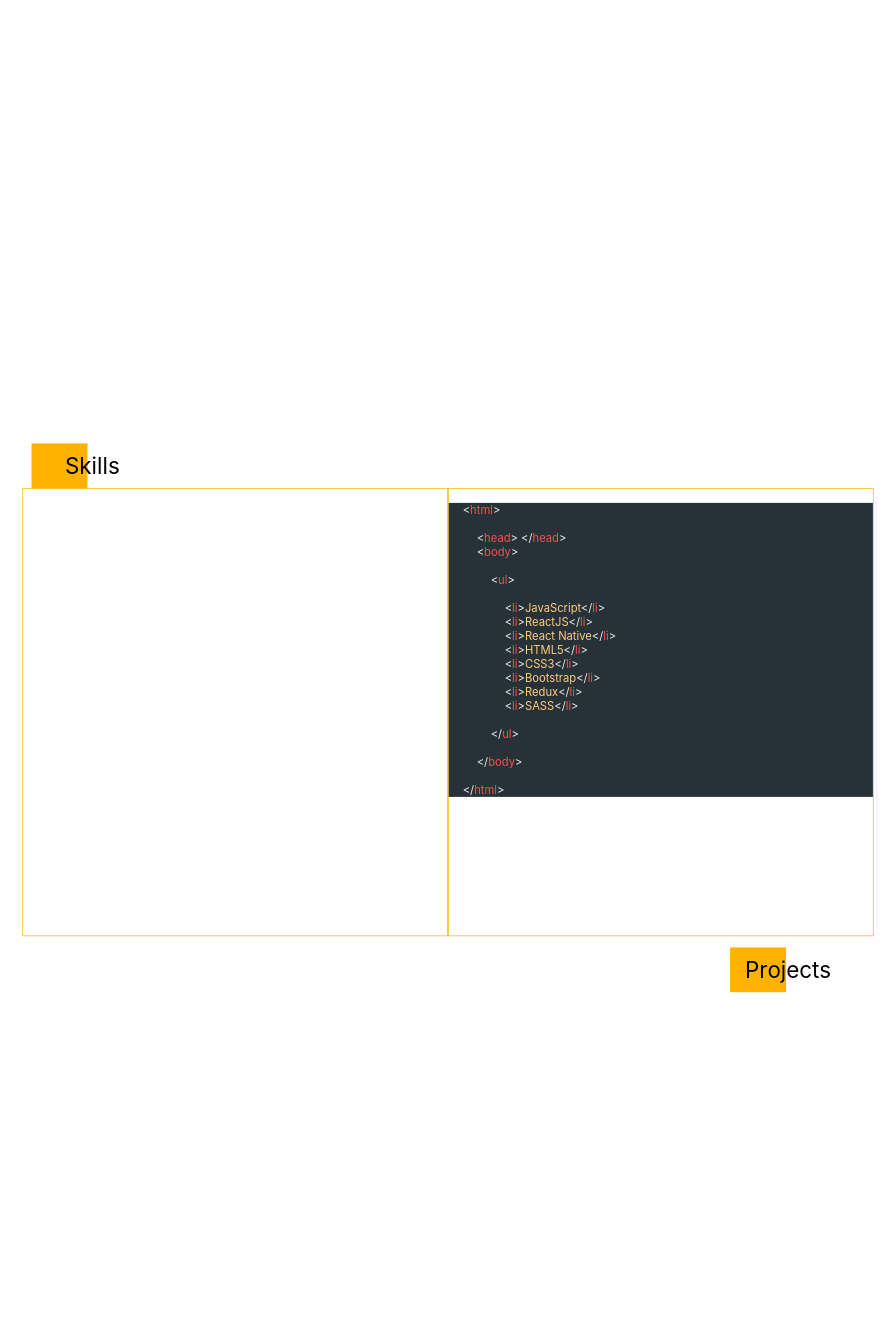
Repository: SebastianArmata22/Portfolio
Page: /
The author's editor kept a copy of each file at every save. The page is drawn from the files as they stood at one save, then again after the next save.
The browser window is 1280 px wide. The pictures show the part of the page from y = 838 to 2758 px (the page is 3664 px tall), at 70% of full size.
The project was rebuilt for these pictures with package versions that can differ from the ones it lists, and the page was loaded fresh each time.

Above is the page before, as saved 2021-02-24 18:05:31.

After the next save:
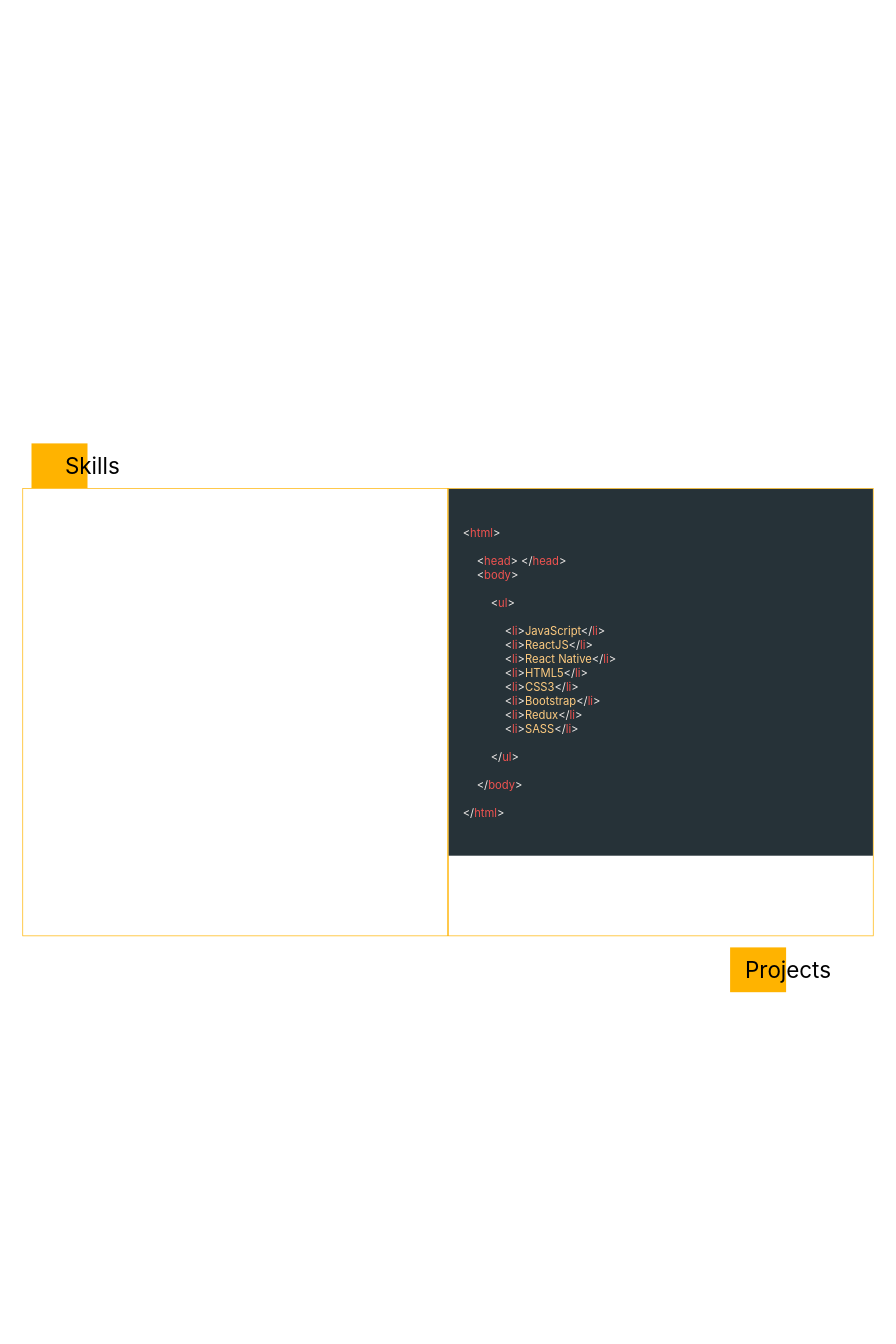
Saved 17 s later.
--- a/src/components/skills/skills.module.scss
+++ b/src/components/skills/skills.module.scss
@@ -36,6 +36,7 @@
 }
 .console_content{
     background-color: #263238;
+    padding: 2rem 0;
 }
 ul {
     list-style: none;
